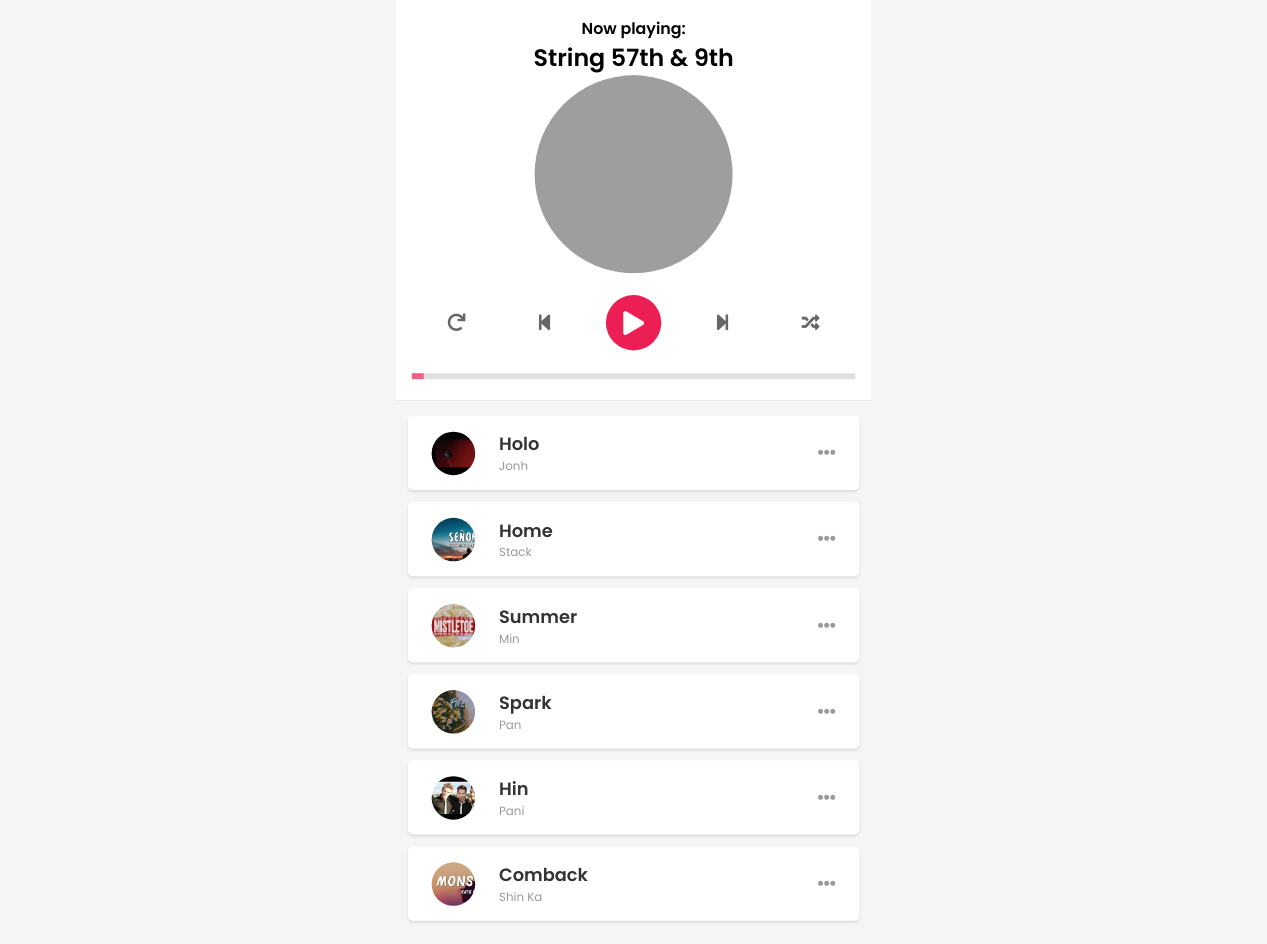
Repository: MinhNhatIT2901/Mp3-clon
Page: index.html
The author's editor kept a copy of each file at every save. The page is drawn from the files as they stood at one save, then again after the next save.
The browser window is 1280 px wide. The pictures show the whole page, at 99% of full size.
Pictures or frames that could not be fetched are drawn as grey boxes.

Above is the page before, as saved 2022-01-01 18:33:12.

### index.html
<!DOCTYPE html>
<html lang="en">
<head>
    <meta charset="UTF-8">
    <meta http-equiv="X-UA-Compatible" content="IE=edge">
    <meta name="viewport" content="width=device-width, initial-scale=1.0">
    <title>Document</title>
    <link rel="stylesheet" href="./asset/css/app.css">
    <link rel="stylesheet" href="https://cdnjs.cloudflare.com/ajax/libs/font-awesome/5.15.2/css/all.min.css" integrity="sha512-HK5fgLBL+xu6dm/Ii3z4xhlSUyZgTT9tuc/hSrtw6uzJOvgRr2a9jyxxT1ely+B+xFAmJKVSTbpM/CuL7qxO8w==" crossorigin="anonymous" />
    <link rel="preconnect" href="https://fonts.gstatic.com">
    <link href="https://fonts.googleapis.com/css2?family=Poppins:wght@300;400;600&display=swap" rel="stylesheet">
</head>
<body>
    <div class="player">
        <div class="dashboard">
            <div class="header" style="text-align: center">
                <h4>Now playing:</h4>
                <h2>String 57th & 9th</h2>
            </div>

            <div class="cd">
                <div class="cd-thumb" style="background-image: url('https://i.ytimg.com/vi/jTLhQf5KJSc/maxresdefault.jpg')">
                </div>
            </div>

            <div class="control">
                <div class="btn btn-repeat">
                    <i class="fas fa-redo"></i>
                </div>
                <div class="btn btn-prev">
                    <i class="fas fa-step-backward"></i>
                </div>
                <div class="btn btn-toggle-play">
                    <i class="fas fa-pause icon-pause"></i>
                    <i class="fas fa-play icon-play"></i>
                </div>
                <div class="btn btn-next">
                    <i class="fas fa-step-forward"></i>
                </div>
                <div class="btn btn-random">
                    <i class="fas fa-random"></i>
                </div>
            </div>

            <input id="progress" class="progress" type="range" value="0" step="1" min="0" max="100">
            <audio id="audio" src=""></audio>
        </div>

        <div class="playlist">
        </div>
    </div>
</body>
    <script src="./asset/css/app.js"></script>
</html>

### asset/css/app.css
:root {
  --primary-color: #ec1f55;
  --text-color: #333;
}

* {
  padding: 0;
  margin: 0;
  box-sizing: inherit;
}

body {
  background-color: #f5f5f5;
}

html {
  box-sizing: border-box;
  font-family: "Poppins", sans-serif;
}

.player {
  position: relative;
  max-width: 480px;
  margin: 0 auto;
}

.player .icon-pause {
  display: none;
}

.player.playing .icon-pause {
  display: inline-block;
}

.player.playing .icon-play {
  display: none;
}

.dashboard {
  padding: 16px 16px 14px;
  background-color: #fff;
  position: fixed;
  top: 0;
  width: 100%;
  max-width: 480px;
  border-bottom: 1px solid #ebebeb;
}

/* HEADER */
header {
  text-align: center;
  margin-bottom: 10px;
}

header h4 {
  color: var(--primary-color);
  font-size: 12px;
}

header h2 {
  color: var(--text-color);
  font-size: 20px;
}

/* CD */
.cd {
  display: flex;
  margin: auto;
  width: 200px;
}

.cd-thumb {
  width: 100%;
  padding-top: 100%;
  border-radius: 50%;
  background-color: #333;
  background-size: cover;
  margin: auto;
}

/* CONTROL */
.control {
  display: flex;
  align-items: center;
  justify-content: space-around;
  padding: 18px 0 8px 0;
}

.control .btn {
  color: #666;
  padding: 18px;
  font-size: 18px;
}

.control .btn.active {
  color: var(--primary-color);
}

.control .btn-toggle-play {
  width: 56px;
  height: 56px;
  border-radius: 50%;
  font-size: 24px;
  color: #fff;
  display: flex;
  align-items: center;
  justify-content: center;
  background-color: var(--primary-color);
}

.progress {
  width: 100%;
  -webkit-appearance: none;
  height: 6px;
  background: #d3d3d3;
  outline: none;
  opacity: 0.7;
  -webkit-transition: 0.2s;
  transition: opacity 0.2s;
}

.progress::-webkit-slider-thumb {
  -webkit-appearance: none;
  appearance: none;
  width: 12px;
  height: 6px;
  background-color: var(--primary-color);
  cursor: pointer;
}

/* PLAYLIST */
.playlist {
  margin-top: 408px;
  padding: 12px;
}

.song {
  display: flex;
  align-items: center;
  margin-bottom: 12px;
  background-color: #fff;
  padding: 8px 16px;
  border-radius: 5px;
  box-shadow: 0 2px 3px rgba(0, 0, 0, 0.1);
}

.song.active {
  background-color: var(--primary-color);
}

.song:active {
  opacity: 0.8;
}

.song.active .option,
.song.active .author,
.song.active .title {
  color: #fff;
}

.song .thumb {
  width: 44px;
  height: 44px;
  border-radius: 50%;
  background-size: cover;
  margin: 0 8px;
}

.song .body {
  flex: 1;
  padding: 0 16px;
}

.song .title {
  font-size: 18px;
  color: var(--text-color);
}

.song .author {
  font-size: 12px;
  color: #999;
}

.song .option {
  padding: 16px 8px;
  color: #999;
  font-size: 18px;
}

### asset/css/app.js
const $ = document.querySelector.bind(document);
const $$ = document.querySelectorAll.bind(document);

const app = {
    currentIndex: 0,
    songs: [
        {
            name: 'Holo',
            singer: 'Jonh',
            path: './asset/music/holo.mp3',
            image: './asset/img/img1.jpg'
        },
        {
            name: 'Home',
            singer: 'Stack',
            path: './asset/music/home.mp3',
            image: './asset/img/img2.jpg'
        },
        {
            name: 'Summer',
            singer: 'Min',
            path: './asser/music/mp3_music_summer.mp3',
            image: './asset/img/img3.jpg'
        },
        {
            name: 'Spark',
            singer: 'Pan',
            path: './asset/music/spark.mp3',
            image: './asset/img/img4.jpg'
        },
        {
            name: 'Hin',
            singer: 'Pani',
            path: './asset/music/home.mp',
            image: './asset/img/img5.jpg'
        },
        {
            name: 'Comback',
            singer: 'Shin Ka',
            path: './asset/music/spark.mp3',
            image: './asset/img/img6.jpg'
        },
    ],
    render: function() {
        const htmls = this.songs.map(song => {
            return `
            <div class="song">
                <div class="thumb"
                    style="background-image: url('${song.image}')">
                </div>
                <div class="body">
                    <h3 class="title">${song.name}</h3>
                    <p class="author">${song.singer}</p>
                </div>
                <div class="option">
                    <i class="fas fa-ellipsis-h"></i>
                </div>
            </div>
            `
        })
        $('.playlist').innerHTML = htmls.join('');
    },
    defineProperties: function() {
        Object.defineProperty(this, 'currentSong', {
            get: function() {
                return this.songs[this.currentIndex]
            }
        })
    },
    handleEvents: function() {
        const cd = $('.cd');
        const cdWidth = cd.offsetWidth;
        document.onscroll = function() {
            const scrollTop = window.scrollY || document.documentElement.scrollTop;
            const newCdWidth = cdWidth - scrollTop;

            cd.style.width = newCdWidth > 0 ? newCdWidth + 'px' : 0;
            cd.style.opacity = newCdWidth / cdWidth;
        }
    },
    loadCurrentSong: function() {
        const heading = $('.header .h2');
        const cdThumb = $('.cd-thumb');
        const audio = $('#audio');

        console.log(heading, cdThumb, audio)
        // heading.textContent = this.currentSong.name;
        // cdThumb.style.backgroundImage = `url('${this.currentSong.image}')`;
        // audio.src = this.currentSong.path;
    },
    start: function() {
        // Định nghĩa các thuộc tính cho object
        this.defineProperties();

        // Lắng nghe / xử lý các sự kiện (DOM event)
        this.handleEvents();

        // Load thong tin bai hat dau tien vao` UI
        this.loadCurrentSong();

        // Render playlist
        this.render();
    }
}

app.start();

After the next save:
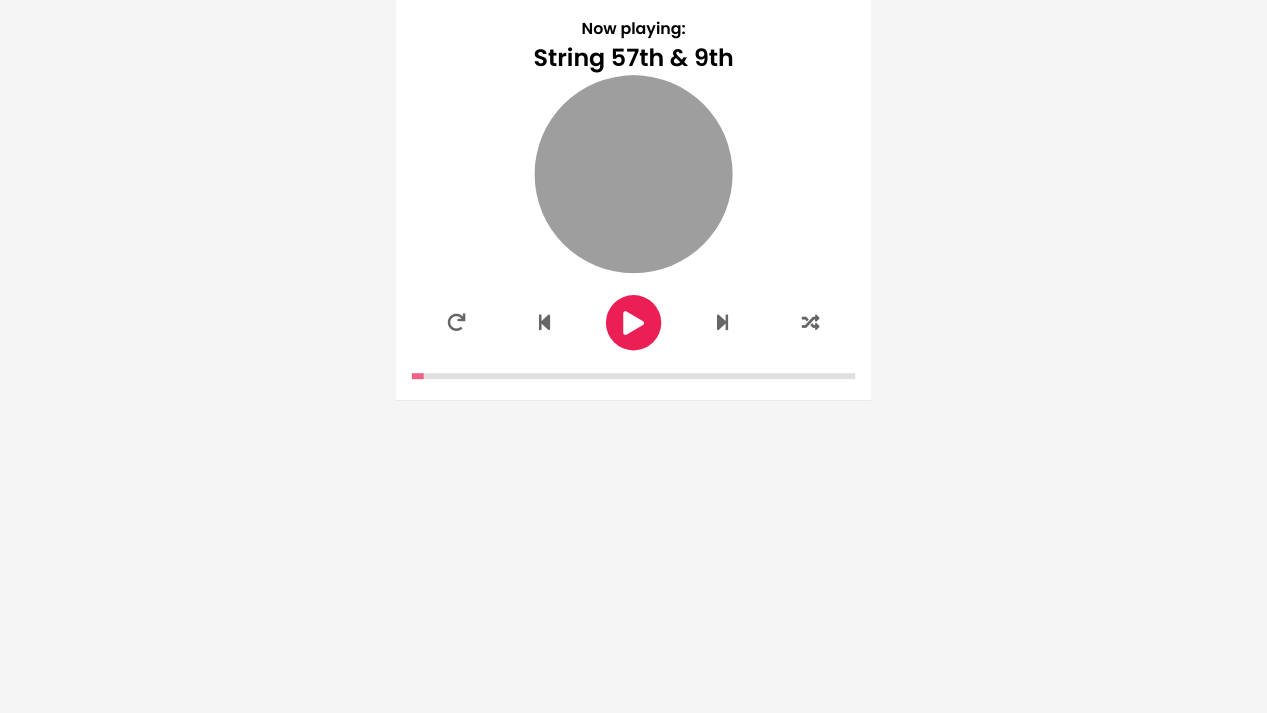
Console error: TypeError: Cannot set properties of null (setting 'textContent')
Saved 85 s later.
--- a/asset/css/app.js
+++ b/asset/css/app.js
@@ -84,9 +84,9 @@ const app = {
         const audio = $('#audio');
 
         console.log(heading, cdThumb, audio)
-        // heading.textContent = this.currentSong.name;
-        // cdThumb.style.backgroundImage = `url('${this.currentSong.image}')`;
-        // audio.src = this.currentSong.path;
+        heading.textContent = this.currentSong.name;
+        cdThumb.style.backgroundImage = `url('${this.currentSong.image}')`;
+        audio.src = this.currentSong.path;
     },
     start: function() {
         // Định nghĩa các thuộc tính cho object
